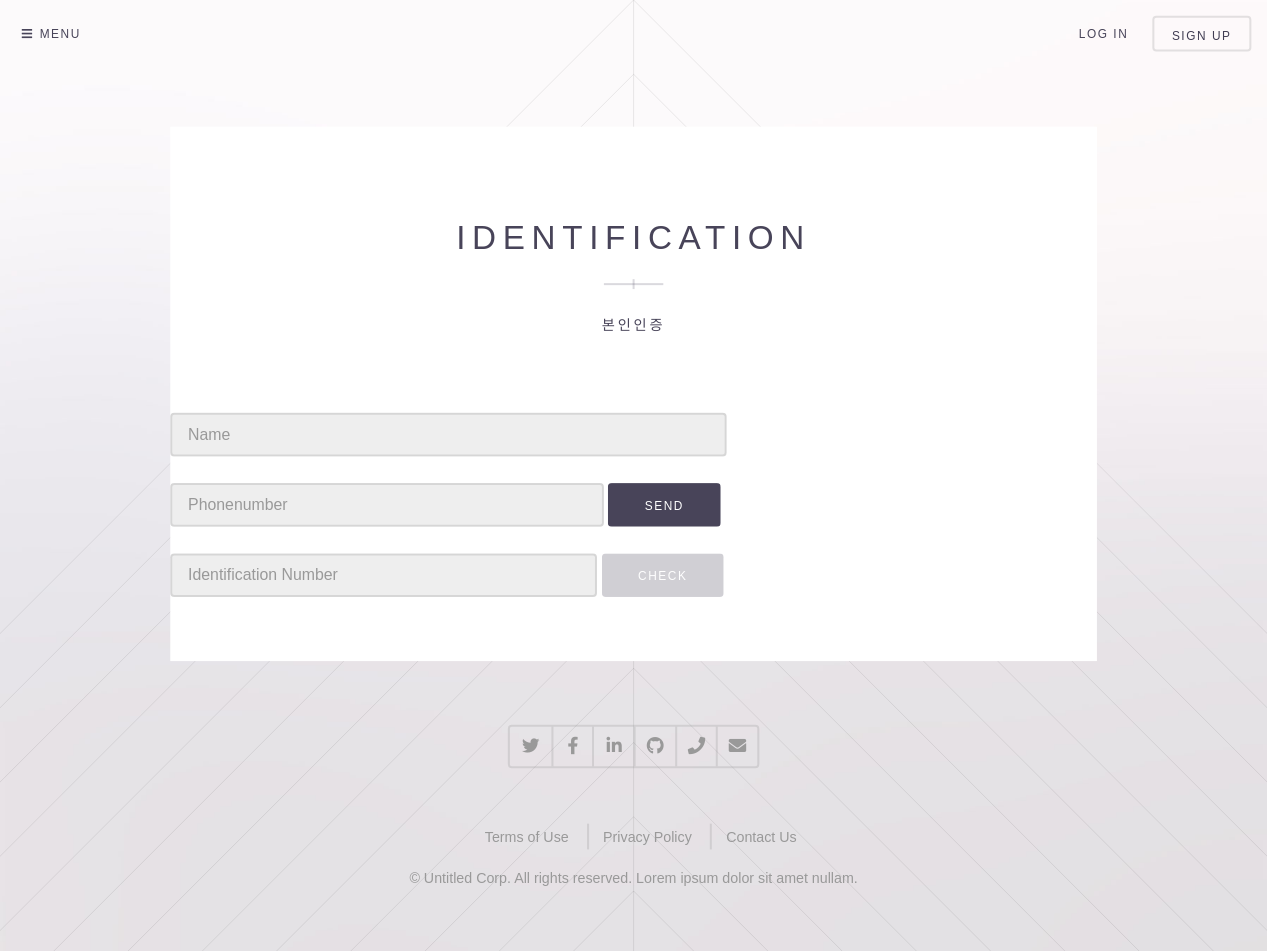
Repository: WKMoon/JavaScript-Project
Page: myFront/WebContent/identification.html
An editor plug-in stored every save of this project. The page is shown before and after the next save, followed by the edit.
The browser window is 1280 px wide. The pictures show the whole page, at 99% of full size.
Some web fonts or font styles are not loaded; a fallback is used.

Above is the page before, as saved 2021-03-02 10:42:26.

After the next save:
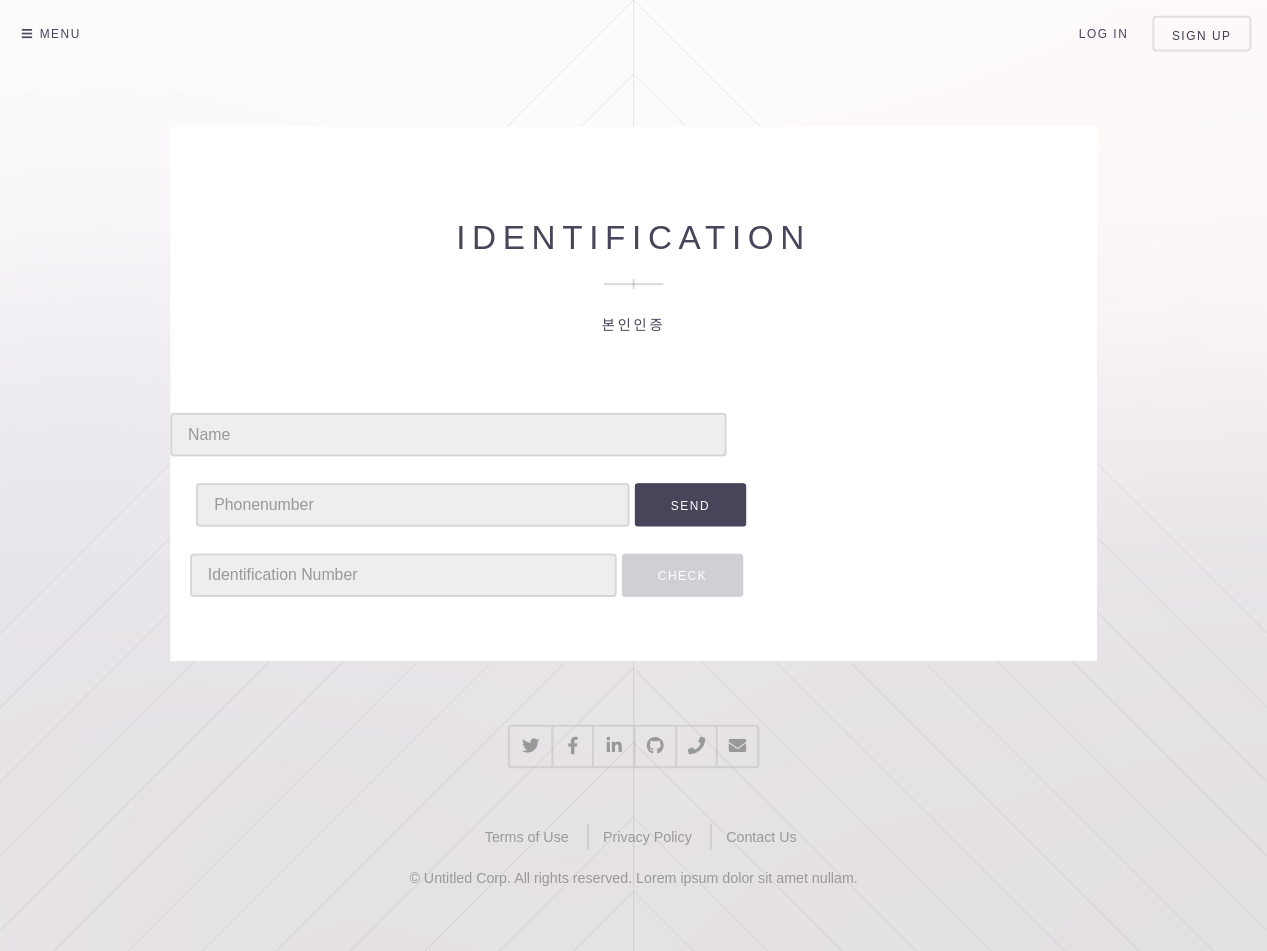
Saved 4 s later.
--- a/myFront/WebContent/identification.html
+++ b/myFront/WebContent/identification.html
@@ -40,7 +40,7 @@
 						</header>
 
 					<!-- Content -->
-						<div tyle="margin: auto; text-align: center;">
+						<div style="margin: auto; text-align: center;">
 							<form method="post" action="#">
 											<div>
 												<div class="col-6 col-12-xsmall" style="width:60%;">
